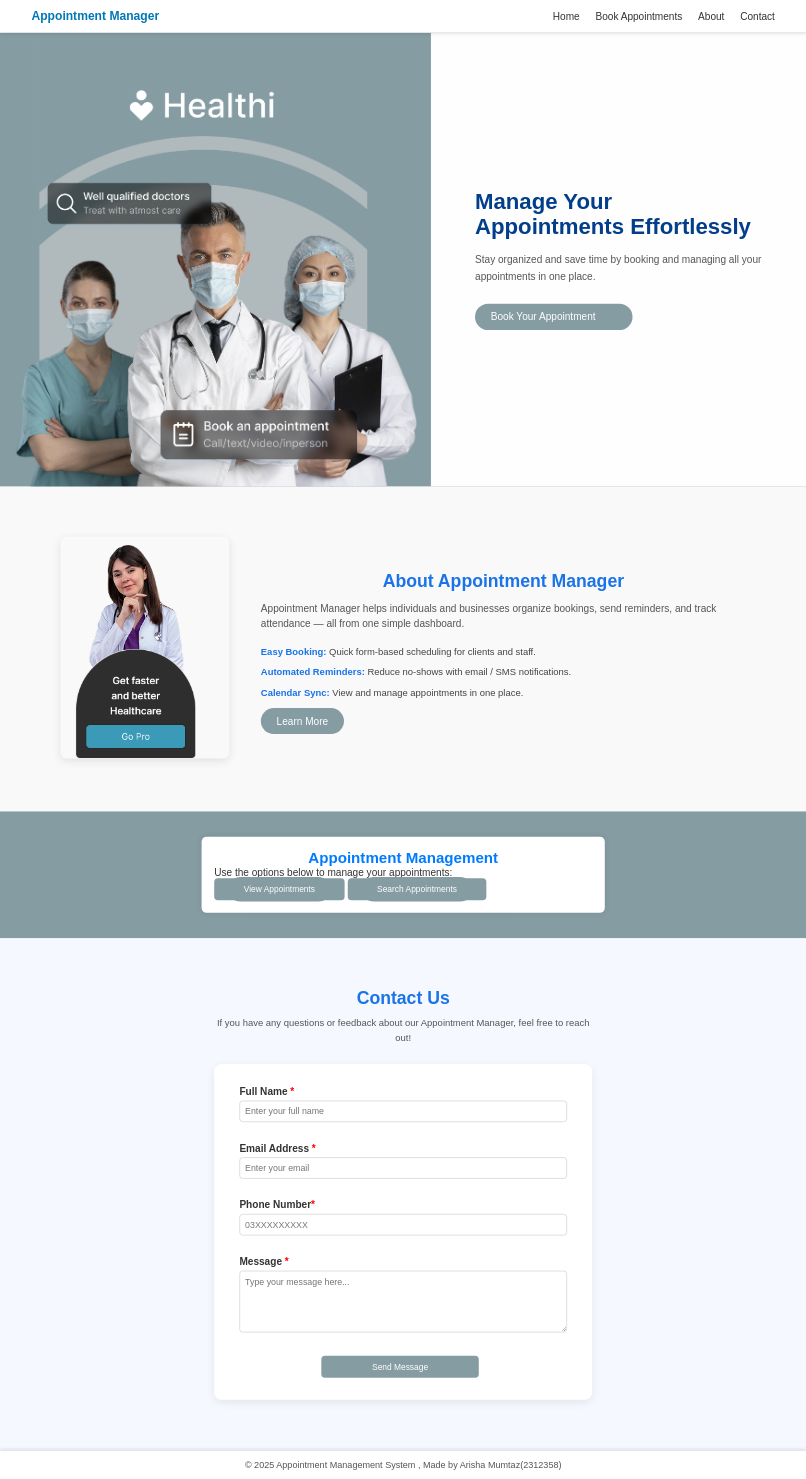
Repository: Arisha004/Hospital-Appointment-Management-System
Page: landingpage.html
An editor plug-in stored every save of this project. The page is shown before and after the next save, followed by the edit.
The browser window is 1280 px wide. The pictures show the whole page, at 63% of full size.

Above is the page before, as saved 2025-10-24 15:36:23.

### landingpage.html
<!DOCTYPE html>
<html lang="en">
<head>
  <meta charset="UTF-8">
  <meta name="viewport" content="width=device-width, initial-scale=1.0">
  <title>Appointment Management System</title>
  <link rel="stylesheet" href="style.css">
</head>
<body>
  <header class="navbar">
    <div class="logo">Appointment Manager</div>
    <nav>
      <ul>
        <li><a href="#">Home</a></li>
        <li><a href="index.php">Book Appointments</a></li>
        <li><a href="#about">About</a></li>
        <li><a href="#contact">Contact</a></li>
      </ul>
    </nav>
  </header>


  <section class="landing">
      <div class="right"></div>
    <div class="left">
      <h1>Manage Your Appointments Effortlessly</h1>
      <p>Stay organized and save time by booking and managing all your appointments in one place.</p>
      <a href="index.php" class="btn">Book Your Appointment</a>
    </div>

  </section>
  </section>


  <section id="about" class="about">
    <div class="container about-inner">
      <div class="about-image" aria-hidden="true">

        <img src="images/pic2.png" alt="" />
      </div>
      <div class="about-content">
        <h2>About Appointment Manager</h2>
        <p>Appointment Manager helps individuals and businesses organize bookings, send reminders, and track attendance — all from one simple dashboard.</p>
        <ul class="features">
          <li><strong>Easy Booking:</strong> Quick form-based scheduling for clients and staff.</li>
          <li><strong>Automated Reminders:</strong> Reduce no-shows with email / SMS notifications.</li>
          <li><strong>Calendar Sync:</strong> View and manage appointments in one place.</li>
        </ul>
        <a href="about.html" class="btn">Learn More</a>
      </div>
    </div>
  </section>
  <section id="crudoperations">
    <div class="container1">
      <h2>Appointment Management</h2>
      <p>Use the options below to manage your appointments:</p>
      <div class="buttons">
      <button> <a href="list.php" class="btn">View Appointments</a></button>
       <button>  <a href="searching.php" class="btn">Search Appointments</a></button>
      </div>
    </div>
  </section>

  <section id="contact" class="contact">
    <div class="container contact-inner">
      <h2>Contact Us</h2>
      <p>If you have any questions or feedback about our Appointment Manager, feel free to reach out!</p>

      <form action="insertcontactform.php" method="post" class="contact-form">
        <div class="form-group">
          <label for="name">Full Name <span>*</span></label>
          <input type="text" id="name" name="name" placeholder="Enter your full name" required pattern="[A-Za-z\s]{3,}">
        </div>

        <div class="form-group">
          <label for="email">Email Address <span>*</span></label>
          <input type="email" id="email" name="email" placeholder="Enter your email" required>
        </div>

        <div class="form-group">
          <label for="phone">Phone Number<span>*</span></label>
          <input type="tel" id="phone" name="phone" placeholder="03XXXXXXXXX" required pattern="[0-9]{11}" title="Enter 11-digit number only">
        </div>

        <div class="form-group">
          <label for="message">Message <span>*</span></label>
          <textarea id="message" name="message" rows="5" placeholder="Type your message here..." required minlength="10"></textarea>
        </div>

        <button type="submit" class="btn">Send Message</button>
      </form>
    </div>

  </section>
  <footer>
    <p>© 2025 Appointment Management System , Made by Arisha Mumtaz(2312358)</p>
  </footer>
</body>
</html>

### style.css
/* Reset and fonts */
* {
  margin: 0;
  padding: 0;
  box-sizing: border-box;
  font-family: 'Poppins', sans-serif;
}

body {
  background: #869CA3;
  color: #333;
}
/* About Section */
.about {
  background-color: #f9f9f9;
  padding: 80px 0;
}

.about-inner {
  width: 85%;
  max-width: 1100px;
  margin: 0 auto;
  display: flex;
  align-items: center;
  justify-content: space-between;
  gap: 50px;
  flex-wrap: wrap; /* makes it responsive */
}

.about-image img {
  width: 100%;
  max-width: 450px;
  border-radius: 10px;
  box-shadow: 0 4px 15px rgba(0,0,0,0.1);
}

.about-content {
  flex: 1;
  min-width: 300px;
}

.about-content h2 {
  font-size: 28px;
  color: #1a73e8;
  margin-bottom: 15px;
}

.about-content p {
  font-size: 16px;
  color: #555;
  line-height: 1.6;
  margin-bottom: 20px;
}

.features {
  list-style: none;
  padding: 0;
  margin-bottom: 25px;
}

.features li {
  margin-bottom: 10px;
  color: #444;
  font-size: 15px;
  line-height: 1.5;
}

.features strong {
  color: #1a73e8;
}


/* Contact Section */
.contact {
  background-color: #f5f9ff;
  padding: 80px 0;
}

.contact-inner {
  width: 85%;
  max-width: 600px;
  margin: 0 auto;
  text-align: center;
}

.contact h2 {
  font-size: 28px;
  color: #1a73e8;
  margin-bottom: 10px;
}

.contact p {
  color: #555;
  margin-bottom: 30px;
  font-size: 15px;
  line-height: 1.6;
}

.contact-form {
  background-color: #fff;
  padding: 35px 40px;
  border-radius: 12px;
  box-shadow: 0 4px 15px rgba(0,0,0,0.08);
  text-align: left;
}

.form-group {
  margin-bottom: 18px;
}

label {
  display: block;
  font-weight: 500;
  margin-bottom: 6px;
  color: #333;
}

label span {
  color: red;
}

input, textarea {
  width: 100%;
  padding: 10px 12px;
  border: 1px solid #ccc;
  border-radius: 6px;
  font-size: 14px;
  outline: none;
  transition: border-color 0.3s ease;
}

input:focus, textarea:focus {
  border-color: #1a73e8;
  box-shadow: 0 0 5px rgba(26,115,232,0.3);
}


.contact-form .btn {
  display: inline-block;
  background-color: #869CA3;
  color: #fff;
  padding: 10px 22px;
  border: none;
  border-radius: 6px;
  cursor: pointer;
  font-weight: 500;

  margin-left: 130px;
  transition: 0.3s;
   text-align: center;
}

.contact-form .btn:hover {
  background-color: #7498a3;
  transform: translateY(-2px);
}

/* Navbar */
.navbar {
  display: flex;
  justify-content: space-between;
  align-items: center;
  padding: 15px 50px;
  background: #fff;
  box-shadow: 0 2px 5px rgba(0,0,0,0.1);
  position: sticky;
  top: 0;
  z-index: 10;
}

.navbar .logo {
  font-weight: 700;
  font-size: 1.2rem;
  color: #0077b6;
}

.navbar ul {
  display: flex;
  list-style: none;
}

.navbar ul li a {
  text-decoration: none;
  color: #333;
  margin-left: 25px;
  transition: 0.3s;
}

.navbar ul li a:hover {
  color: #0077b6;
}

/* Split Landing Section */
.landing {
  display: flex;
  height: 100vh;
}

  .container1 { width: 50%; margin: 40px auto; background: #fff; padding: 20px; border-radius: 8px; box-shadow: 0 0 10px rgba(0,0,0,0.1); }
  h2 { text-align: center; color: #007bff; }
  label { font-weight: bold; display: block; margin-bottom: 5px; }
  input, select, textarea {
      width: 100%;
      padding: 8px;
      margin-bottom: 15px;
      border: 1px solid #ccc;
      border-radius: 5px;
  }

  button{

  display: inline-block;
  background-color: #869CA3;
  color: #fff;
  padding: 10px 22px;
  border: none;
  border-radius: 6px;
  cursor: pointer;
  font-weight: 500;

  transition: 0.3s;
   text-align: center;
}

button:hover {
  background-color: #7498a3;
  transform: translateY(-2px);
}
/* Left Text Section */
.landing .left {
  flex: 1;
  width: 50%;
  display: flex;
  flex-direction: column;
  justify-content: center;
  padding: 0 70px;
  background: #fefefe;
}

.landing .left h1 {
  font-size: 2.2rem;
  color: #023e8a;
  margin-bottom: 20px;
}

.landing .left p {
  font-size: 1rem;
  color: #555;
  margin-bottom: 30px;
  line-height: 1.6;
}

.btn {
  background: #869CA3;
  color: #fff;
  padding: 12px 25px;
  border-radius: 30px;
  text-decoration: none;
  font-weight: 300;
  transition: 0.3s;
  width: 250px;
}

.btn:hover {
  background: #7498a3;
}

/* Right Image Section */
.landing .right {
  flex: 1.5;
  background:url(images/pic1.png);
  background-repeat: no-repeat;
  background-size: cover;
  position: relative;
}

.landing .right::after {
  content: "";
  position: absolute;
  inset: 0;
}

/* Footer */
footer {
  text-align: center;
  padding: 15px;
  background: #fff;
  box-shadow: 0 -2px 5px rgba(0,0,0,0.1);
  font-size: 0.9rem;
  color: #555;
}

After the next save:
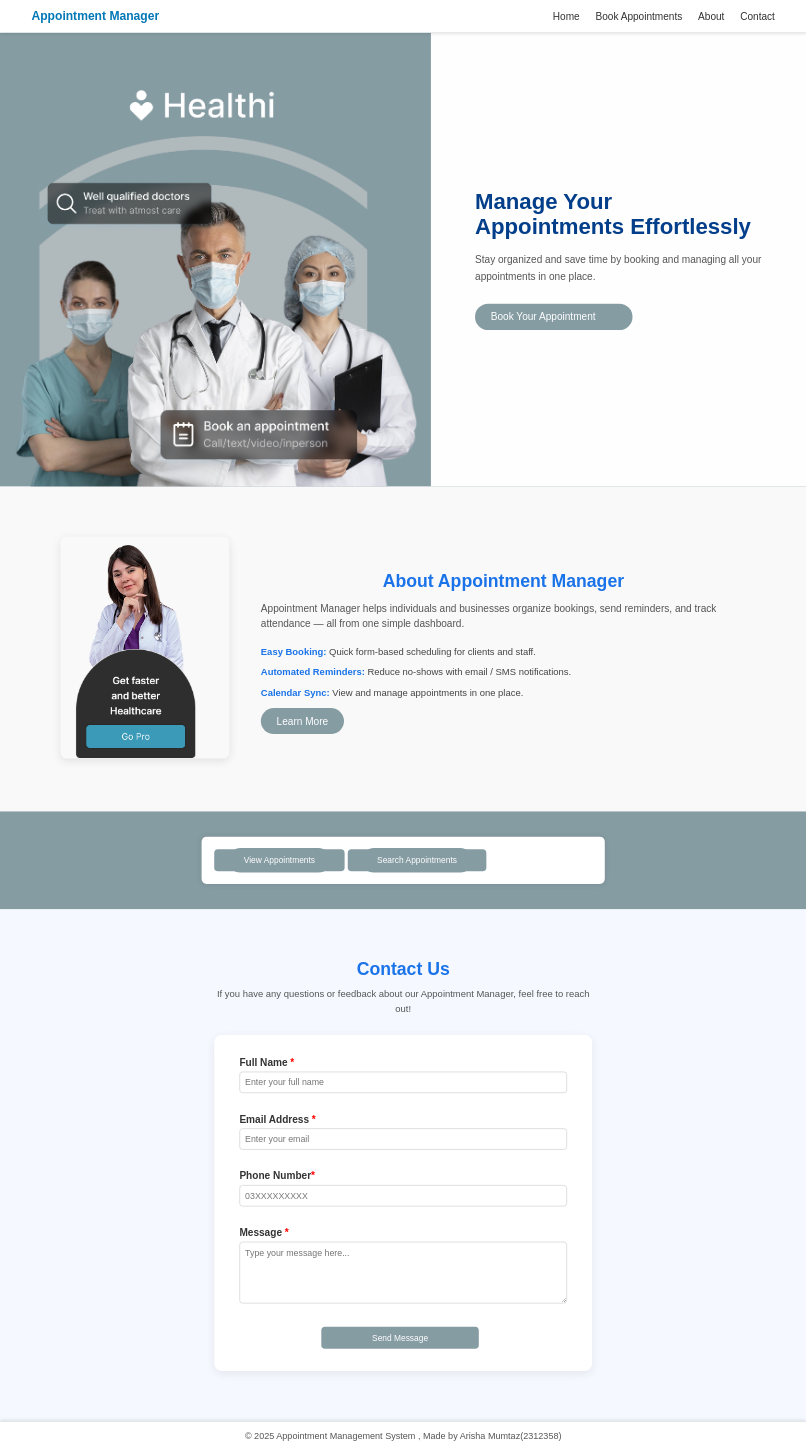
Saved 35 s later.
--- a/landingpage.html
+++ b/landingpage.html
@@ -52,9 +52,6 @@
   </section>
   <section id="crudoperations">
     <div class="container1">
-      <h2>Appointment Management</h2>
-      <p>Use the options below to manage your appointments:</p>
-      <div class="buttons">
       <button> <a href="list.php" class="btn">View Appointments</a></button>
        <button>  <a href="searching.php" class="btn">Search Appointments</a></button>
       </div>
